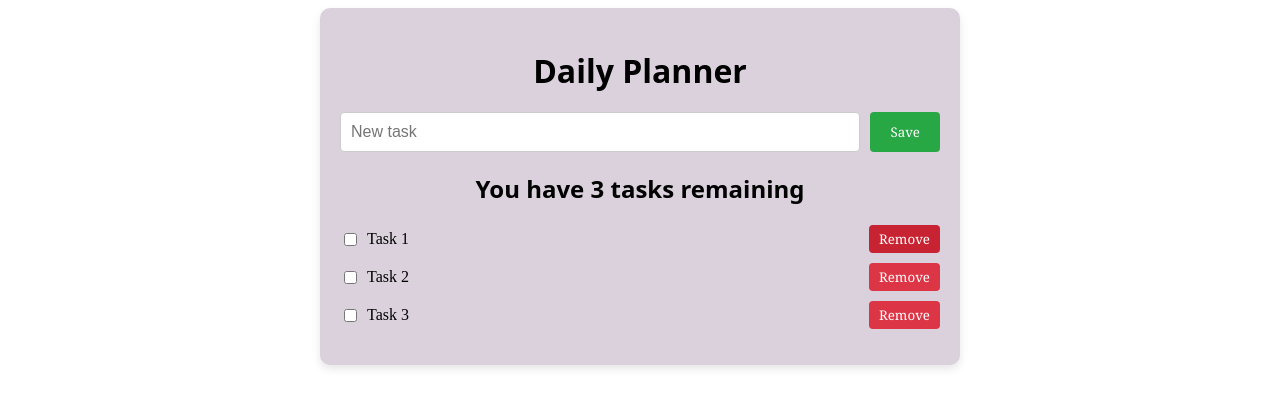
Repository: k8ANStar/lab04-daily-planner
Page: /
An editor plug-in stored every save of this project. The page is shown before and after the next save, followed by the edit.
The browser window is 1280 px wide. The pictures show the whole page.
The pointer rests on the first visible `.remove-btn`.
The project was rebuilt for these pictures with package versions that can differ from the ones it lists, and the page was loaded fresh each time. Also part of the build but not shown: vite.config.js.

Above is the page before, as saved 2024-10-13 12:39:57.

### src/App.jsx
import React from "react";
import DailyPlanner from "./components/DailyPlanner";
import "./App.css";

function App() {
	return (
		<div>
			<DailyPlanner />
		</div>
	);
}

export default App;

### src/components/DailyPlanner.jsx
import React, { useState } from "react";
import TaskForm from "./TaskForm";
import TaskList from "./TaskList";

const DailyPlanner = () => {
	const initialTasks = [
		{ id: 1, name: "Task 1", completed: false },
		{ id: 2, name: "Task 2", completed: false },
		{ id: 3, name: "Task 3", completed: false },
	];

	const [tasks, setTasks] = useState(initialTasks);

	const addTask = (taskName) => {
		const newTask = {
			id: tasks.length + 1,
			name: taskName,
			completed: false,
		};
		setTasks([...tasks, newTask]);
	};

	const removeTask = (id) => {
		setTasks(tasks.filter((task) => task.id !== id));
	};

	const handleCheck = (id) => {
		setTasks(
			tasks.map((task) =>
				task.id === id ? { ...task, completed: !task.completed } : task
			)
		);
	};

	const remainingTasks = tasks.filter((task) => !task.completed).length;

	return (
		<div className="planner-container">
			<h1>Daily Planner</h1>
			<TaskForm addTask={addTask} />
			<h2>You have {remainingTasks} tasks remaining</h2>
			<TaskList
				tasks={tasks}
				handleCheck={handleCheck}
				removeTask={removeTask}
			/>
		</div>
	);
};

export default DailyPlanner;

### src/App.css
.planner-container {
	max-width: 600px;
	margin: 0 auto;
	padding: 20px;
	background-color: #dad1dd;
	border-radius: 10px;
	box-shadow: 0 4px 8px rgba(0, 0, 0, 0.1);
}

h1,
h2 {
	text-align: center;
	margin-bottom: 20px;
	font-family: system-ui, -apple-system, BlinkMacSystemFont, "Segoe UI", Roboto,
		Oxygen, Ubuntu, Cantarell, "Open Sans", "Helvetica Neue", sans-serif;
}

.task-form {
	display: flex;
	justify-content: space-between;
	margin-bottom: 20px;
}

.task-input {
	flex-grow: 1;
	padding: 10px;
	font-size: 16px;
	border-radius: 4px;
	border: 1px solid #ccc;
	margin-right: 10px;
}

.save-btn {
	padding: 10px 20px;
	background-color: #28a745;
	color: white;
	border: none;
	border-radius: 4px;
	cursor: pointer;
	font-family: Georgia, "Times New Roman", Times, serif;
}

.save-btn:hover {
	background-color: #218838;
}

.task-list {
	list-style: none;
	padding: 0;
}

.task-item {
	display: flex;
	align-items: center;
	justify-content: space-between;
	margin-bottom: 10px;
}

.task-checkbox {
	margin-right: 10px;
}

.task-name {
	flex-grow: 1;
}

.task-name.completed {
	text-decoration: line-through;
	color: #6c757d;
}

.remove-btn {
	padding: 5px 10px;
	background-color: #dc3545;
	color: white;
	border: none;
	border-radius: 4px;
	cursor: pointer;
	font-family: Georgia, "Times New Roman", Times, serif;
}

.remove-btn:hover {
	background-color: #c82333;
}

### src/components/TaskForm.jsx
import React, { useState } from "react";

const TaskForm = ({ addTask }) => {
	const [taskName, setTaskName] = useState("");

	const handleSubmit = (e) => {
		e.preventDefault();
		if (taskName.trim()) {
			addTask(taskName);
			setTaskName("");
		}
	};

	return (
		<form onSubmit={handleSubmit} className="task-form">
			<input
				type="text"
				value={taskName}
				onChange={(e) => setTaskName(e.target.value)}
				placeholder="New task"
				className="task-input"
			/>
			<button type="submit" className="save-btn">
				Save
			</button>
		</form>
	);
};

export default TaskForm;

### src/components/TaskList.jsx
import React from "react";
import Task from "./Tasks";

const TaskList = ({ tasks, handleCheck, removeTask }) => {
	return (
		<ul className="task-list">
			{tasks.map((task) => (
				<Task
					key={task.id}
					task={task}
					handleCheck={handleCheck}
					removeTask={removeTask}
				/>
			))}
		</ul>
	);
};

export default TaskList;

### src/components/Tasks.jsx
import React from "react";

const Task = ({ task, handleCheck, removeTask }) => {
	return (
		<li className="task-item">
			<input
				type="checkbox"
				checked={task.completed}
				onChange={() => handleCheck(task.id)}
				className="task-checkbox"
			/>
			<span className={task.completed ? "task-name completed" : "task-name"}>
				{task.name}
			</span>
			<button onClick={() => removeTask(task.id)} className="remove-btn">
				Remove
			</button>
		</li>
	);
};

export default Task;

Loaded but not shown: index.html (common file); src/main.jsx (common file); src/index.css (common file)

After the next save:
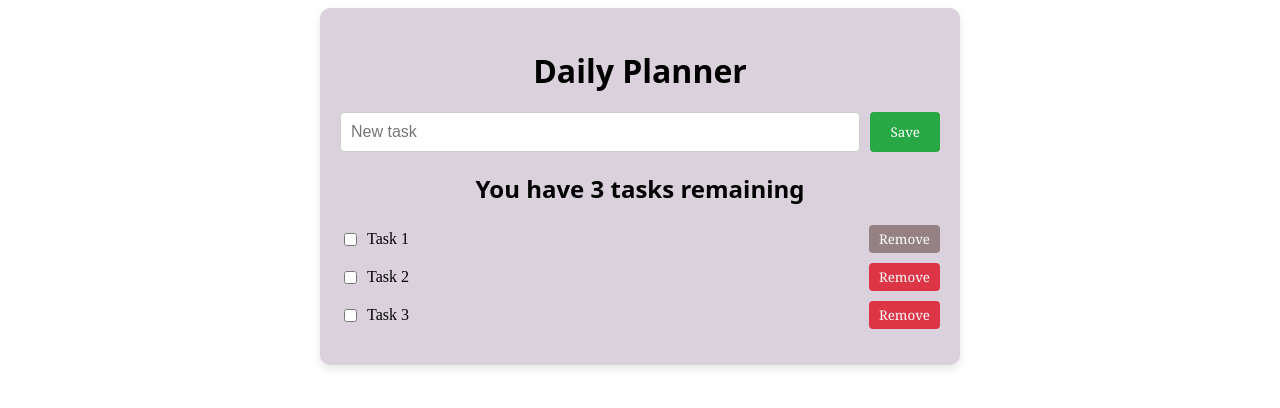
Saved 14 s later.
--- a/src/App.css
+++ b/src/App.css
@@ -80,5 +80,5 @@ h2 {
 }
 
 .remove-btn:hover {
-	background-color: #c82333;
+	background-color: #958183;
 }
